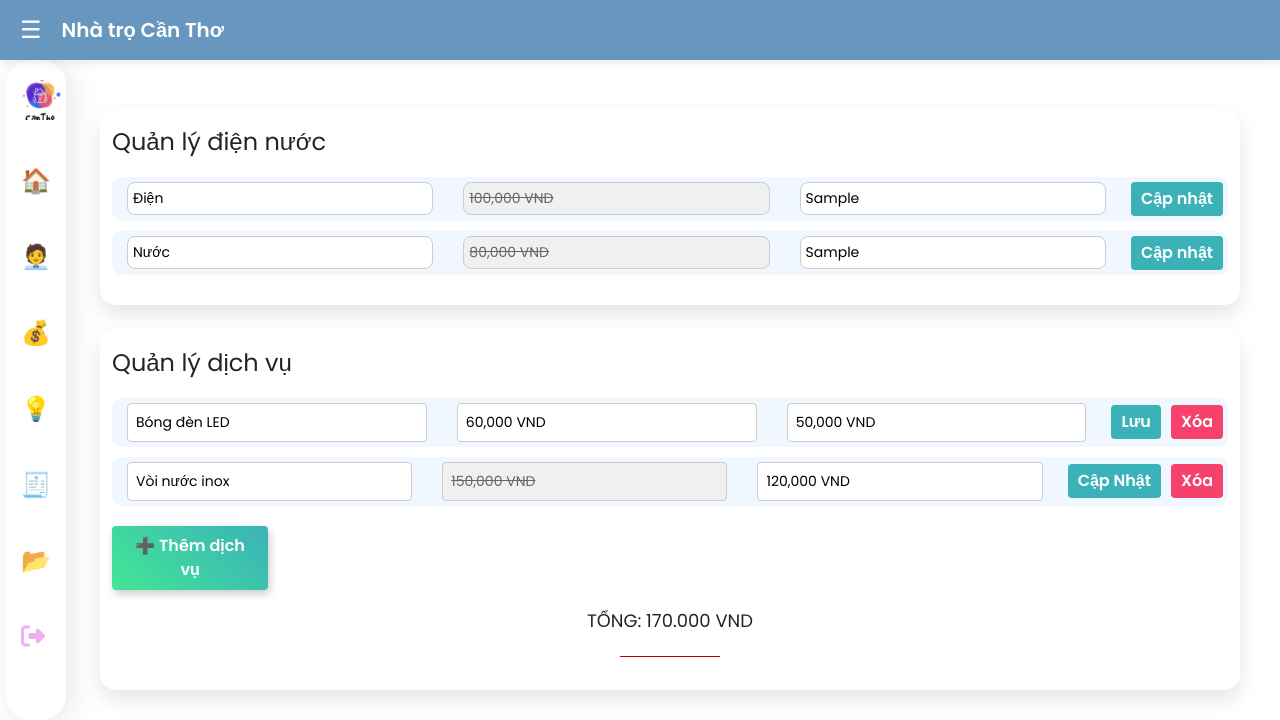
Repository: nhutty0402/DoAn02
Page: HTML/dichvu.html
These files come from the project's save history. The page is drawn as it stood at one moment and after the next save; the edit follows.
The browser window is 1280 px wide. The pictures show the whole page.
Empty fields were first filled with sample values (such as "Sample", 5 or name@example.com).
After loading, the first visible `button[onclick="updateService(this)"]` was clicked once.

Above is the page before, as saved 2025-03-20 23:59:58.

After the next save:
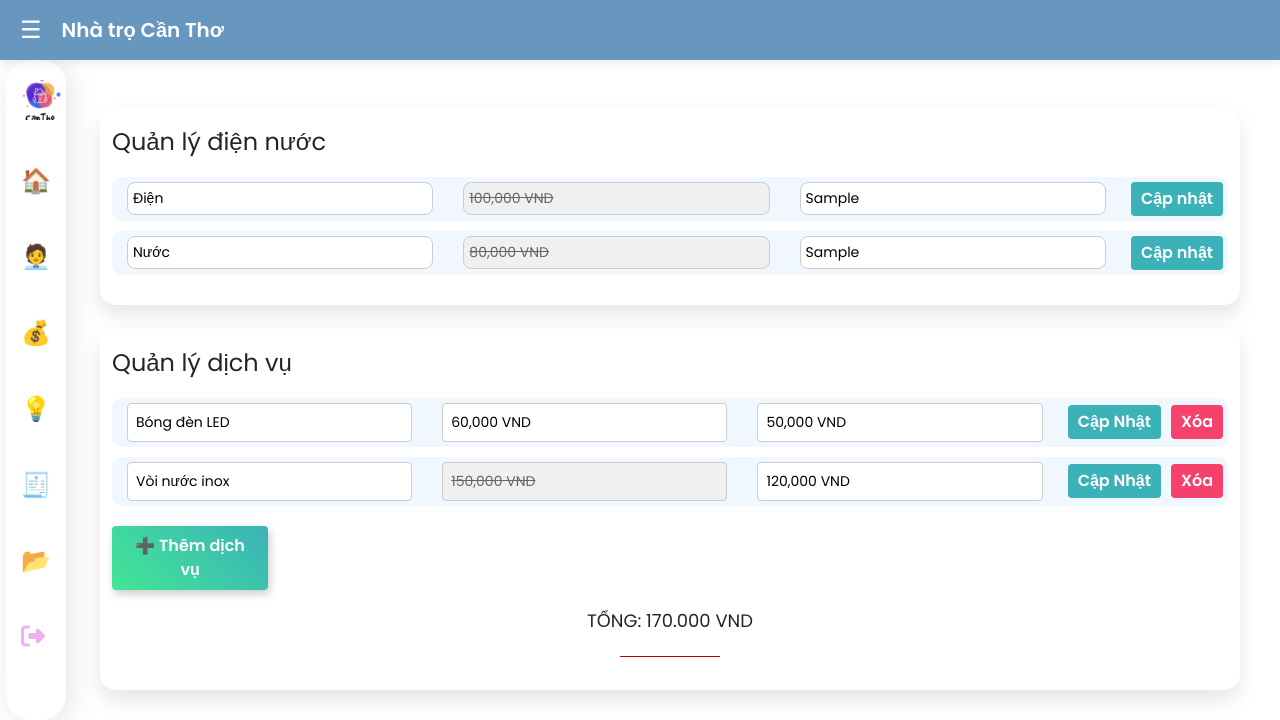
Saved 63 s later.
--- a/HTML/dichvu.html
+++ b/HTML/dichvu.html
@@ -242,7 +242,7 @@
             if (isReadOnly) {
                 // Chuyển sang chế độ chỉnh sửa
                 inputs.forEach(input => input.removeAttribute('readonly'));
-                button.textContent = 'Lưu';
+                button.textContent = 'Cập Nhật';
             } else {
                 // Chuyển về chế độ readonly
                 inputs.forEach(input => input.setAttribute('readonly', true));
